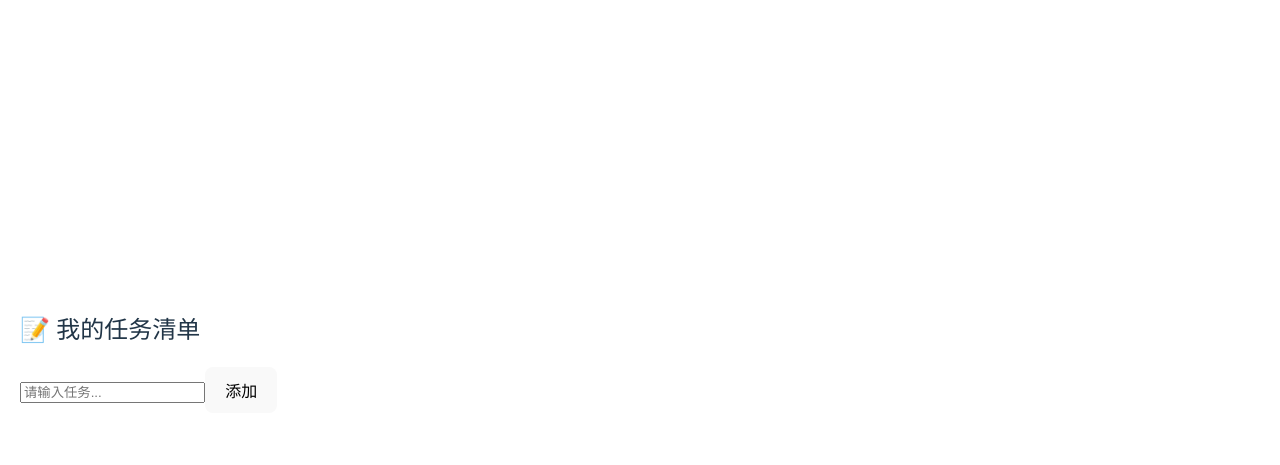
Repository: wangyanjun1999/learn-react
Page: / (app in mini_ex/my-todo-app/)
The author's editor kept a copy of each file at every save. The page is drawn from the files as they stood at one save, then again after the next save.
The browser window is 1280 px wide. The pictures show the whole page.
The project was rebuilt for these pictures with package versions that can differ from the ones it lists, and the page was loaded fresh each time. Also part of the build but not shown: mini_ex/my-todo-app/vite.config.js.

Above is the page before, as saved 2025-03-21 15:58:00.

### mini_ex/my-todo-app/src/App.jsx
import { useState } from 'react';

function App() {
  const [inputValue, setInputValue] = useState('');
  const [todos, setTodos] = useState([]);

  // 添加逻辑
  const handleAdd = () => {
    if (inputValue.trim() === '') return;

    const newTodo = {
      id: Date.now(),
      text: inputValue,
      done: false, // 新增 done 属性
    };

    setTodos([...todos, newTodo]);
    setInputValue('');
  };

  // TODO: 实现删除逻辑（参数接收 todo 的 id）
  const handleDelete = (id) => {
    // 你来写：根据 id 删除对应任务
    // 提示：可以使用 filter 方法
    const updatedTodos = todos.filter(todo => todo.id !== id);
    setTodos(updatedTodos);

  };
  // 切换完成状态
  const toggleDone = (id) => {
    const toggleTodos = todos.map(todo => todo.id == id ? {...todo,done:!todo.done}:todo); // 切换完成状态
    setTodos(toggleTodos);
  }

  const [filter, setFilter] = useState('all'); // 可选值：'all' | 'done' | 'undone'


  return (
    <div style={{ padding: '20px' }}>
      <h2>📝 我的任务清单</h2>

      <input
        value={inputValue}
        onChange={(e) => setInputValue(e.target.value)}
        placeholder="请输入任务..."
        onKeyDown={(e) => {
          // TODO: 如果按下的是回车键，调用 handleAdd()
          e.key === 'Enter' && handleAdd();
        }}
      />

      <button onClick={handleAdd}>添加</button>

      <ul>
  {todos.map((todo) => (
    <li key={todo.id}>
      {/* ✅ 点击文字切换状态 */}
      <span
        onClick={() => toggleDone(todo.id)}
        style={{
          cursor: 'pointer',
          textDecoration: todo.done ? 'line-through' : 'none',
          color: todo.done ? 'gray' : 'black',
        }}
      >
        {todo.text}
      </span>

      <button onClick={() => handleDelete(todo.id)}>删除</button>
    </li>
  ))}
</ul>

    </div>
  );
}

export default App;

Loaded but not shown: mini_ex/my-todo-app/index.html (common file); mini_ex/my-todo-app/src/main.jsx (common file); mini_ex/my-todo-app/src/index.css (common file)

After the next save:
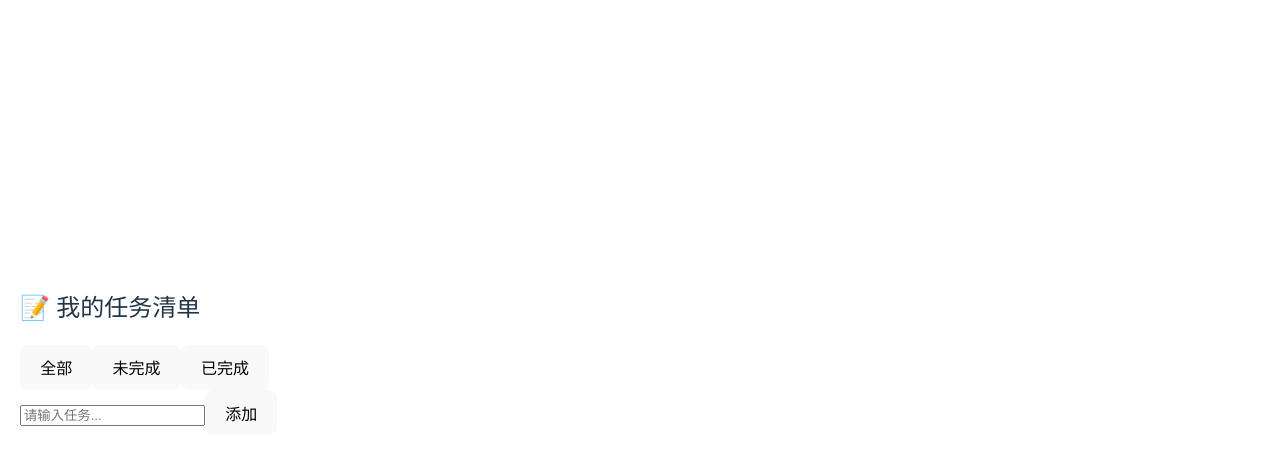
Saved 26 s later.
--- a/mini_ex/my-todo-app/src/App.jsx
+++ b/mini_ex/my-todo-app/src/App.jsx
@@ -37,7 +37,14 @@ function App() {
 
   return (
     <div style={{ padding: '20px' }}>
+
       <h2>📝 我的任务清单</h2>
+
+      <div style={{ marginTop: '10px' }}>
+  <button onClick={() => setFilter('all')}>全部</button>
+  <button onClick={() => setFilter('undone')}>未完成</button>
+  <button onClick={() => setFilter('done')}>已完成</button>
+      </div>
 
       <input
         value={inputValue}
